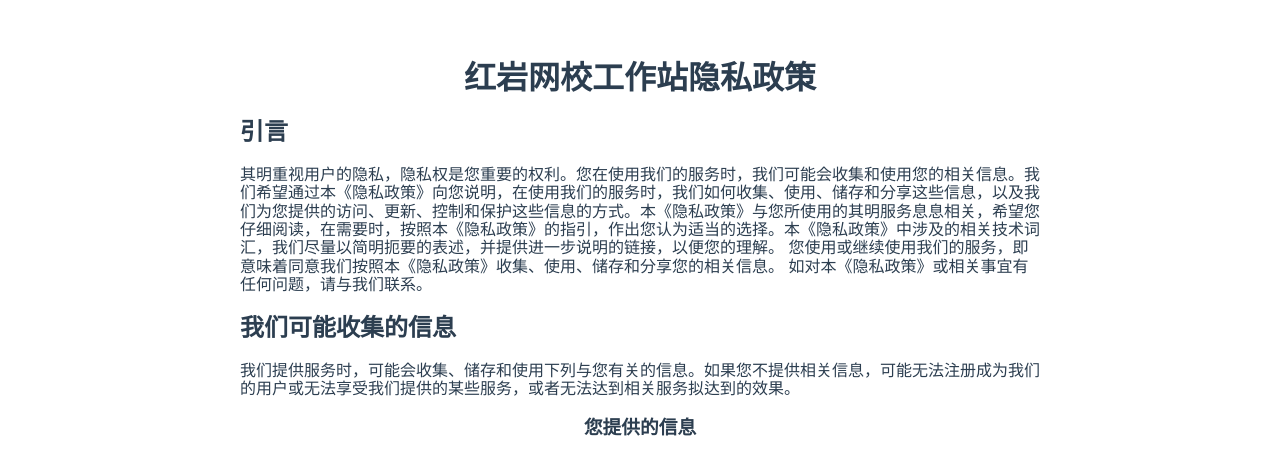
Repository: zl-mdc/privacy-policy
Page: /
These files come from the project's save history. The page is drawn as it stood at one moment and after the next save; the edit follows.
The browser window is 1280 px wide. The pictures show the whole page.
The project was rebuilt for these pictures with package versions that can differ from the ones it lists, and the page was loaded fresh each time.

Above is the page before, as saved 2020-09-17 15:34:49.

### src/main.js
import Vue from 'vue'
import App from './App.vue'
import 'normalize.css'

Vue.config.productionTip = false

new Vue({
  render: h => h(App),
}).$mount('#app')

### src/App.vue
<template>
  <div id="app">
    <Info />
  </div>
</template>

<script>
import Info from './components/Info';

export default {
  name: 'App',
  components: {
    Info
  }
}
</script>

<style>
#app {
  font-family: Avenir, Helvetica, Arial, sans-serif;
  -webkit-font-smoothing: antialiased;
  -moz-osx-font-smoothing: grayscale;
  text-align: center;
  color: #2c3e50;
  margin-top: 60px;
}
</style>

### src/components/Info.vue
<!--
 * @Author: Code_Master
 * @Date: 2020-09-17 15:00:51
 * @LastEditTime: 2020-09-17 15:34:49
 * @LastEditors: Code_Master
 * @FilePath: /privacy-policy/src/components/Info.vue
 * @Description: The first 90% of the code accounts for the first 90% of the development time. The remaining 10% of the code accounts for the other 90% of the development time.
-->
<template>
    <div id="info">
          <h1>红岩网校工作站隐私政策</h1>

          <h2>引言</h2>
          <p><span></span>其明重视用户的隐私，隐私权是您重要的权利。您在使用我们的服务时，我们可能会收集和使用您的相关信息。我们希望通过本《隐私政策》向您说明，在使用我们的服务时，我们如何收集、使用、储存和分享这些信息，以及我们为您提供的访问、更新、控制和保护这些信息的方式。本《隐私政策》与您所使用的其明服务息息相关，希望您仔细阅读，在需要时，按照本《隐私政策》的指引，作出您认为适当的选择。本《隐私政策》中涉及的相关技术词汇，我们尽量以简明扼要的表述，并提供进一步说明的链接，以便您的理解。 您使用或继续使用我们的服务，即意味着同意我们按照本《隐私政策》收集、使用、储存和分享您的相关信息。 如对本《隐私政策》或相关事宜有任何问题，请与我们联系。 </p>

          <h2>我们可能收集的信息</h2>
          <p>我们提供服务时，可能会收集、储存和使用下列与您有关的信息。如果您不提供相关信息，可能无法注册成为我们的用户或无法享受我们提供的某些服务，或者无法达到相关服务拟达到的效果。</p>
          <h3>您提供的信息</h3>
    </div>
</template>

<script>
export default {
    name: "Info",
}
</script>

<style>
    #info {
        width: 800px;
        margin: 0 auto;
    }
    h2 {
        text-align: left;
    }
    p {
        text-align: left;
    }
</style>

Loaded but not shown: public/index.html (common file)

After the next save:
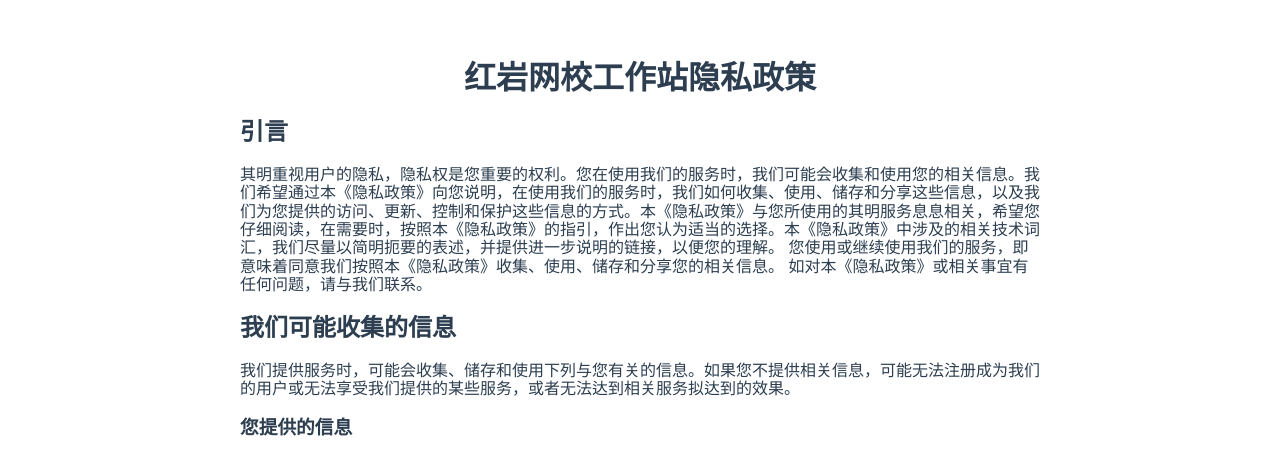
Saved 15 s later.
--- a/src/components/Info.vue
+++ b/src/components/Info.vue
@@ -1,7 +1,7 @@
 <!--
  * @Author: Code_Master
  * @Date: 2020-09-17 15:00:51
- * @LastEditTime: 2020-09-17 15:34:49
+ * @LastEditTime: 2020-09-17 15:35:04
  * @LastEditors: Code_Master
  * @FilePath: /privacy-policy/src/components/Info.vue
  * @Description: The first 90% of the code accounts for the first 90% of the development time. The remaining 10% of the code accounts for the other 90% of the development time.
@@ -36,4 +36,7 @@ export default {
     p {
         text-align: left;
     }
+    h3 {
+        text-align: left;
+    }
 </style>
